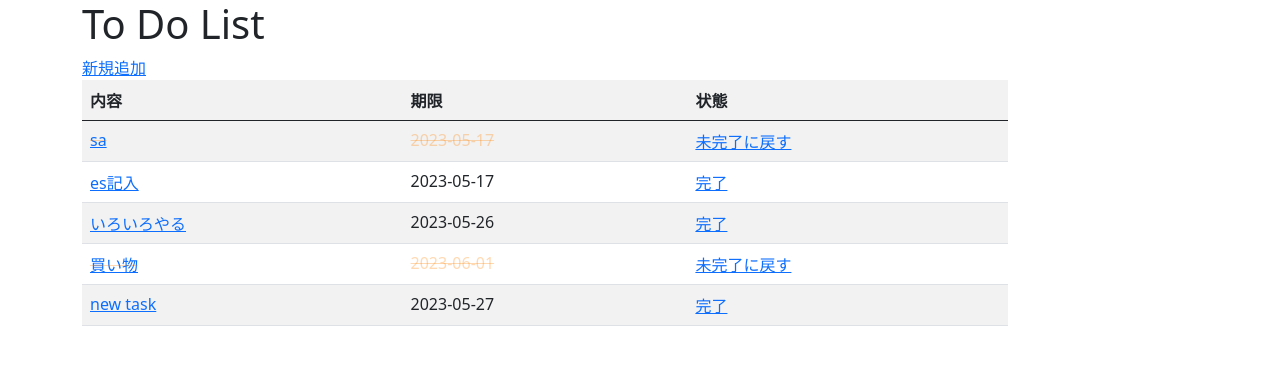
Repository: sgmtg/ToDoList
Page: http://localhost/
The author's editor kept a record of every edit. The page is drawn from the files as they stood at one moment, then again after the next edit.
The browser window is 1280 px wide. The pictures show the whole page.
The page is served by the project's application, run on Flask 3 (app.py). The page reads the database file committed with the project.

Above is the page before.

After the next edit:
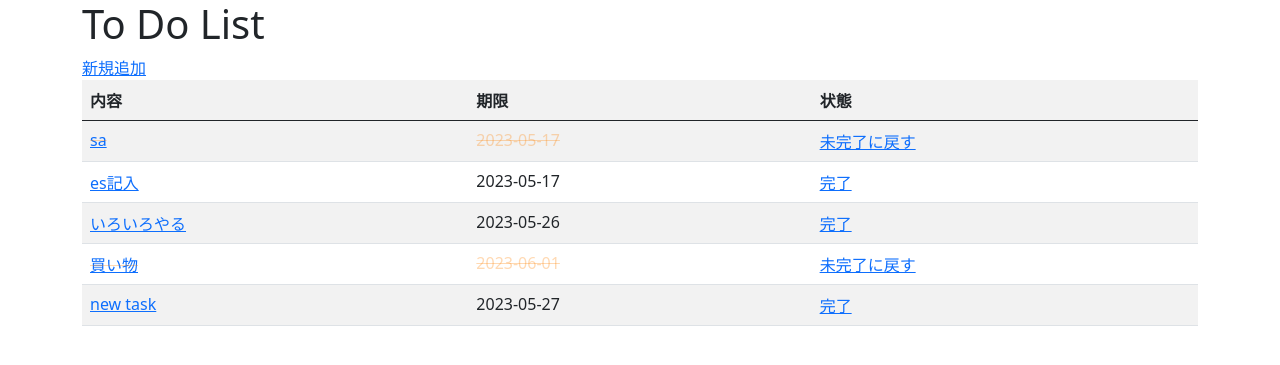
The edit:
--- a/templates/index.html
+++ b/templates/index.html
@@ -3,7 +3,7 @@
 {% block body %}
 <div class="container">
   <div class="row">
-    <div class="col-md-10 col-md-offset-2">
+    <div>
         <h1>To Do List</h1>
         <a href="/create">新規追加</a>
         <table class="table table-striped">
